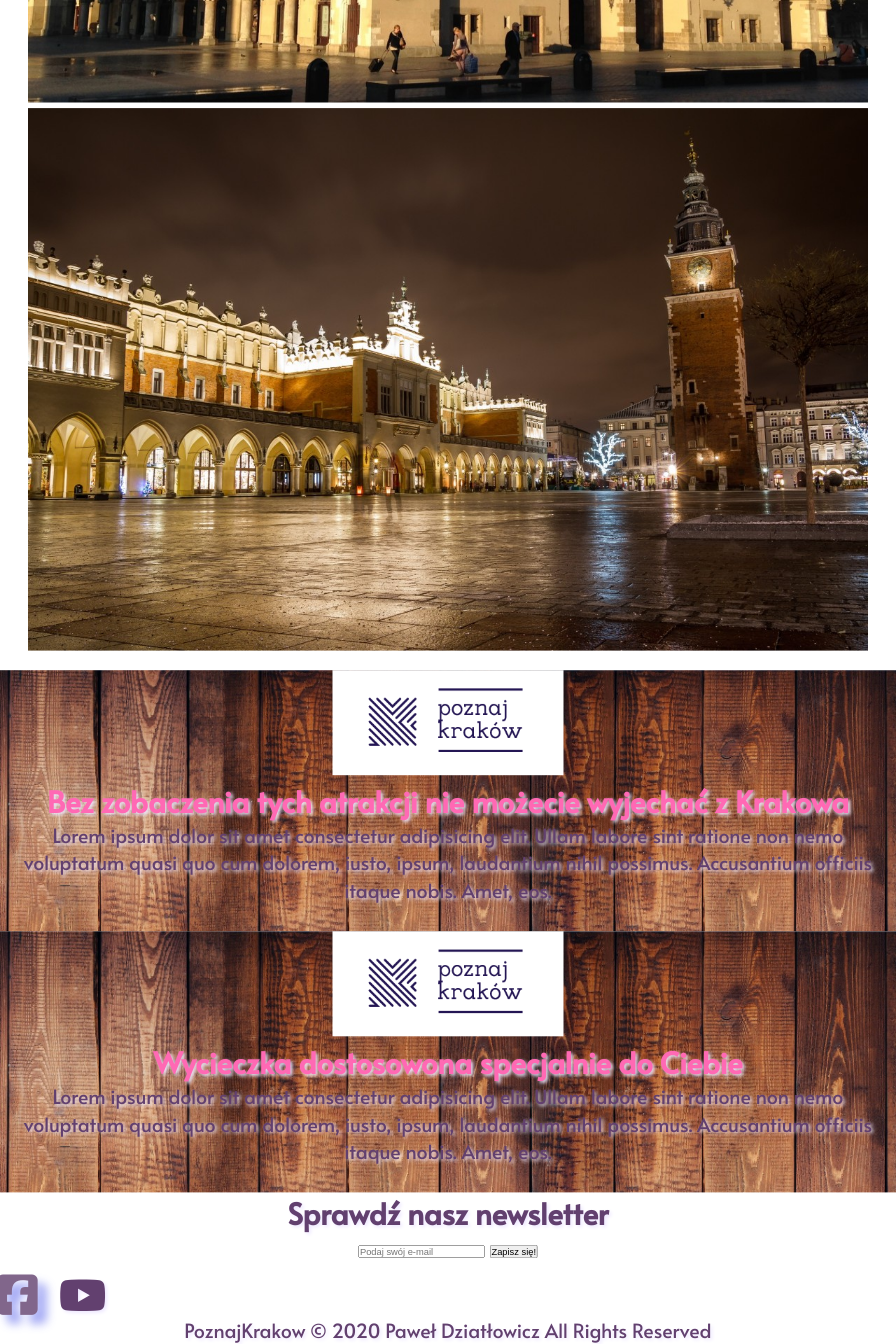
Repository: DZIALEK/projekt1
Page: projekt1.html
The author's editor kept a copy of each file at every save. The page is drawn from the files as they stood at one save, then again after the next save.
The browser window is 1280 px wide. The pictures show the part of the page from y = 2828 to 4748 px (the page is 4748 px tall), at 70% of full size.
The pointer rests on the first visible `.social-media i`.
Some icons come from a web library that is not loaded, so they are not drawn. A picture or video elsewhere on the page could not be fetched, so the positions and the page height are approximate. Some web libraries are served in a nearby version.

Above is the page before, as saved 2020-07-15 00:53:18.

After the next save:
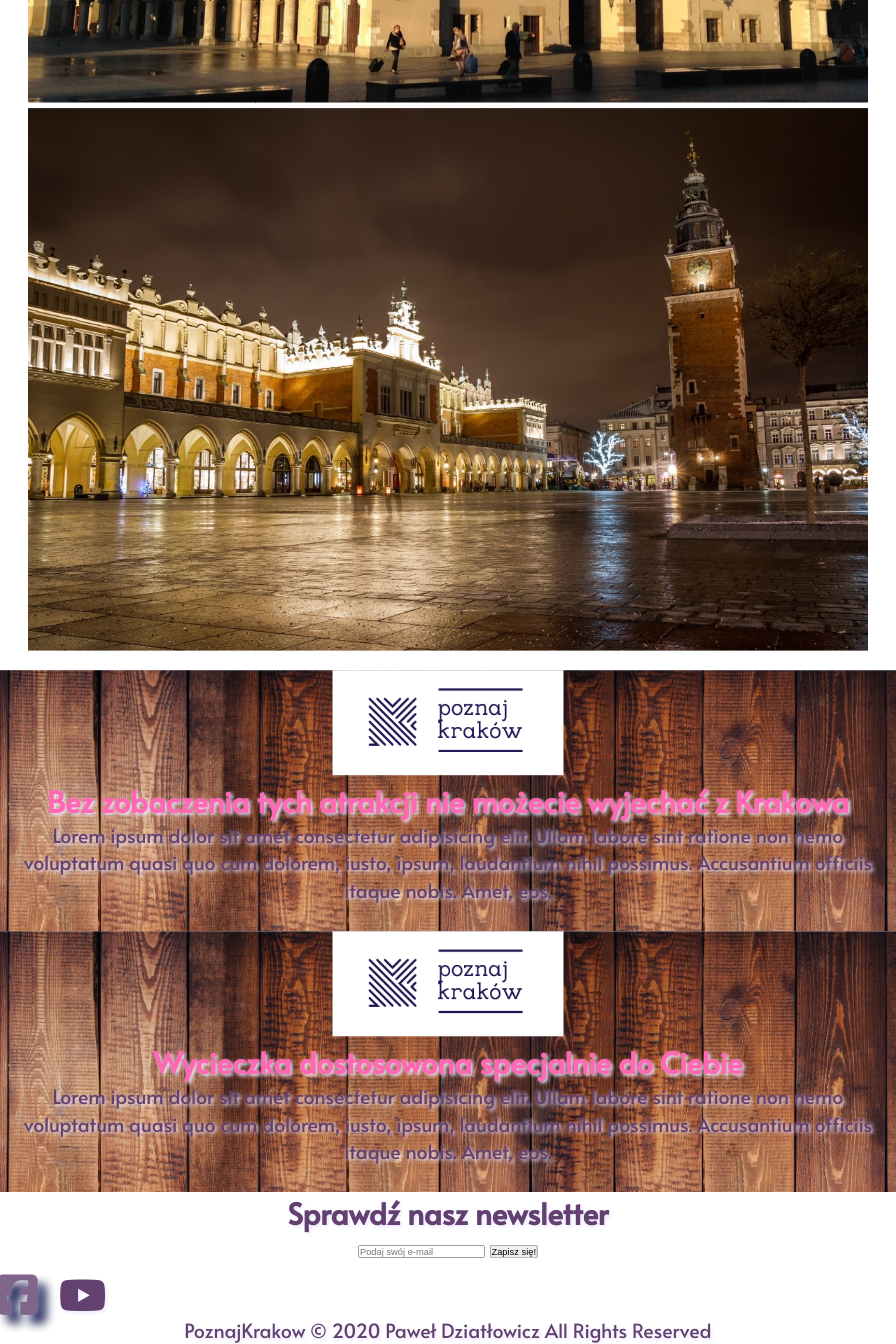
Saved 49 s later.
--- a/projekt1.css
+++ b/projekt1.css
@@ -182,7 +182,7 @@ nav a:hover {
 .social-media i:hover {
     /* color: #ff792b; */
     opacity: 0.8;
-    text-shadow: #9097f3 0.2em 0.2em 0.2em;
+    text-shadow: #010542 0.2em 0.2em 0.2em;
     transform: scale(1.1,1.1);
     transition-duration: 250ms;
     transition-timing-function: ease-out;
